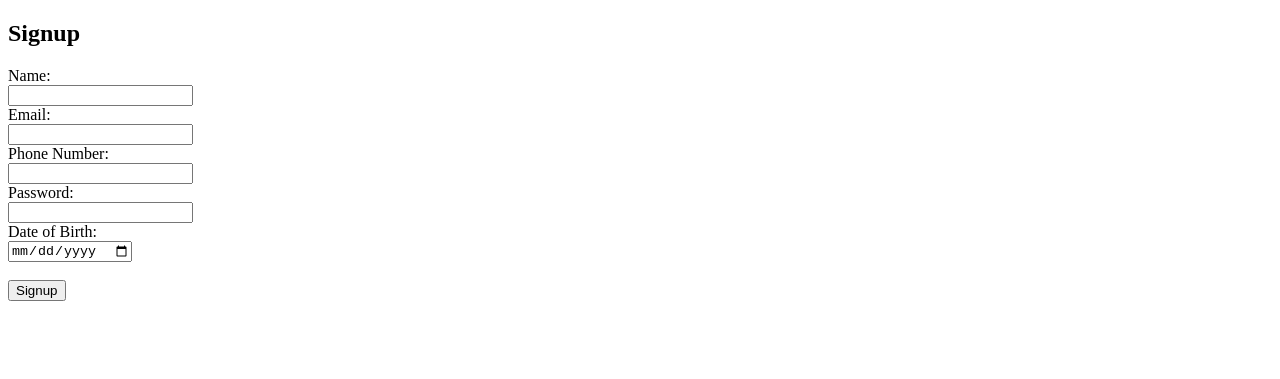
Repository: jeewan-kumar/Jsp
Page: User_App-servlet/src/main/webapp/Signup.html
The author's editor kept a copy of each file at every save. The page is drawn from the files as they stood at one save, then again after the next save.
The browser window is 1280 px wide. The pictures show the whole page.

Above is the page before, as saved 2024-02-27 05:28:36.

After the next save:
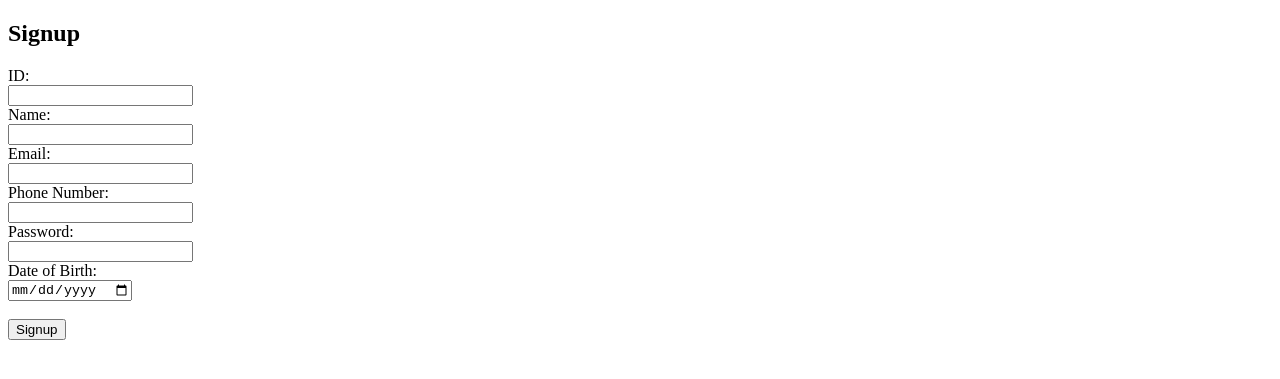
Saved 45 min 30 s later.
--- a/User_App-servlet/src/main/webapp/Signup.html
+++ b/User_App-servlet/src/main/webapp/Signup.html
@@ -8,6 +8,9 @@
 
     <h2>Signup</h2>
     <form action="SignUpServlet" method="post">
+
+    	<label for="id">ID:</label><br>
+        <input type="text" id="id" name="id"><br>
 
         <label for="name">Name:</label><br>
         <input type="text" id="name" name="name"><br>
